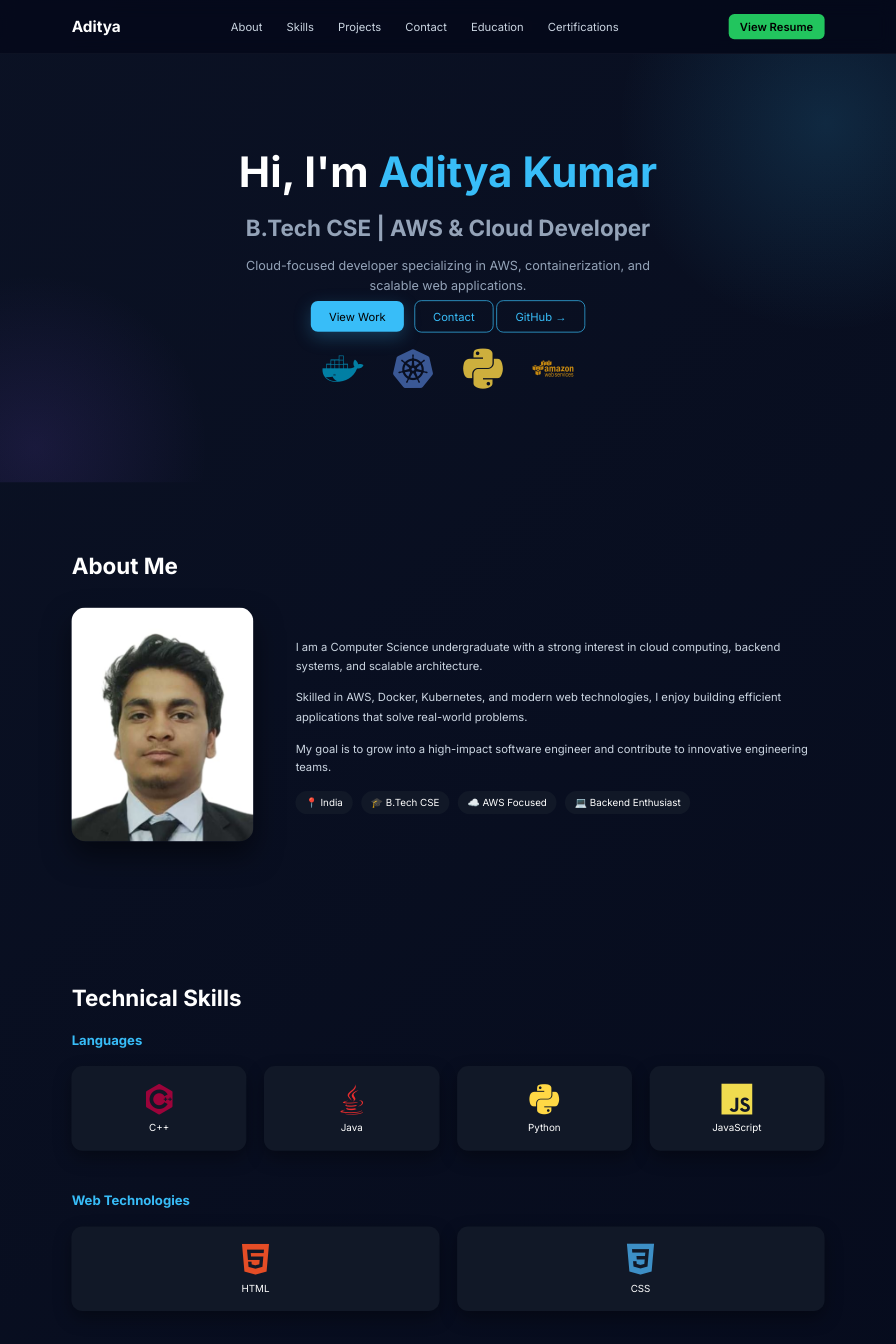
Repository: Aditya2419/My-Portfolio
Page: index.html
The author's editor kept a copy of each file at every save. The page is drawn from the files as they stood at one save, then again after the next save.
The browser window is 1280 px wide. The pictures show the part of the page from y = 0 to 1920 px (the page is 5718 px tall), at 70% of full size.

Above is the page before, as saved 2026-02-19 00:05:13.
Console error: TypeError: Cannot set properties of null (setting 'textContent')

### index.html
<!DOCTYPE html>
<html lang="en">
<head>
<meta charset="UTF-8">
<meta name="viewport" content="width=device-width, initial-scale=1.0">
<link rel="stylesheet" href="https://cdn.jsdelivr.net/gh/devicons/devicon@latest/devicon.min.css">



<title>Aditya Kumar | Cloud & Software Developer</title>

<link rel="stylesheet" href="style.css">
<script src="script.js"></script>

<!-- Google Font -->
<link href="https://fonts.googleapis.com/css2?family=Inter:wght@300;400;600;700&display=swap" rel="stylesheet">

</head>
<body>

<header>
    <div class="logo">Aditya</div>

    <nav>
        <a href="#about">About</a>
        <a href="#skills">Skills</a>
        <a href="#projects">Projects</a>
        <a href="#contact">Contact</a>
        <a href="#education">Education</a>
        <a href="#certifications">Certifications</a>
    </nav>

    <a class="resume-btn" href="resume.pdf" target="_blank">View Resume</a>
</header>


<!-- HERO -->
<section class="hero">

    <h1>Hi, I'm <span>Aditya Kumar</span></h1>

    <h2>B.Tech CSE | AWS & Cloud Developer</h2>

    <p class="hero-tagline">
        Cloud-focused developer specializing in AWS, containerization,
        and scalable web applications.
    </p>

    <div class="hero-buttons">
        <a href="#projects" class="primary">View Work</a>
        <a href="#contact" class="secondary">Contact</a>
        <a href="https://github.com/yourgithub" class="secondary">GitHub →</a>
    </div>

    <!-- Tech Icons Separate -->
    <div class="hero-tech-icons">
        <i class="devicon-docker-plain colored"></i>
        <i class="devicon-kubernetes-plain colored"></i>
        <i class="devicon-python-plain colored"></i>
        <i class="devicon-amazonwebservices-plain-wordmark colored"></i>
    </div>

</section>


<!-- ABOUT -->
<section id="about" class="about">

    <h2>About Me</h2>

    <div class="about-container">

        <div class="about-image">
            <img src="images/profile.png" alt="Aditya Kumar">
        </div>

        <div class="about-text">

            <p>
            I am a Computer Science undergraduate with a strong interest in
            cloud computing, backend systems, and scalable architecture.
            </p>

            <p>
            Skilled in AWS, Docker, Kubernetes, and modern web technologies,
            I enjoy building efficient applications that solve real-world problems.
            </p>

            <p>
            My goal is to grow into a high-impact software engineer and contribute
            to innovative engineering teams.
            </p>

            <div class="about-highlights">
                <span>📍 India</span>
                <span>🎓 B.Tech CSE</span>
                <span>☁️ AWS Focused</span>
                <span>💻 Backend Enthusiast</span>
            </div>

        </div>

    </div>

    </section>

<!-- TECHINCAL SKILLS -->
<section id="skills">

    <h2>Technical Skills</h2>

    <div class="skills-category">

        <h3>Languages</h3>
        <div class="skills-grid">
            <div class="skill-card">
                <i class="devicon-cplusplus-plain colored"></i>
                <p>C++</p>
            </div>

            <div class="skill-card">
                <i class="devicon-java-plain colored"></i>
                <p>Java</p>
            </div>

            <div class="skill-card">
                <i class="devicon-python-plain colored"></i>
                <p>Python</p>
            </div>

            <div class="skill-card">
                <i class="devicon-javascript-plain colored"></i>
                <p>JavaScript</p>
            </div>
        </div>

    </div>


    <div class="skills-category">

        <h3>Web Technologies</h3>
        <div class="skills-grid">
            <div class="skill-card">
                <i class="devicon-html5-plain colored"></i>
                <p>HTML</p>
            </div>

            <div class="skill-card">
                <i class="devicon-css3-plain colored"></i>
                <p>CSS</p>
            </div>
        </div>

    </div>


    <div class="skills-category">

        <h3>Frameworks</h3>
        <div class="skills-grid">
            <div class="skill-card">
                <i class="devicon-flask-original colored"></i>
                <p>Flask</p>
            </div>
        </div>

    </div>


    <div class="skills-category">

        <h3>Tools & Platforms</h3>
        <div class="skills-grid">
            <div class="skill-card">
                <i class="devicon-git-plain colored"></i>
                <p>Git</p>
            </div>

            <div class="skill-card">
                <i class="devicon-docker-plain colored"></i>
                <p>Docker</p>
            </div>

            <div class="skill-card">
                <i class="devicon-amazonwebservices-original colored"></i>
                <p>AWS</p>
            </div>

            <div class="skill-card">
                <i class="devicon-mysql-plain colored"></i>
                <p>MySQL</p>
            </div>

            <div class="skill-card">
                <i class="devicon-mongodb-plain colored"></i>
                <p>MongoDB</p>
            </div>
        </div>

    </div>

    </section>

<!-- PROJECTS -->
<section id="projects">

<h2>Featured Projects</h2>

<div class="projects">


<div class="card">
    <img src="images/scheduler.png" class="project-img">
<h3>CPU Scheduler Simulator</h3>

<p>
Interactive visualization tool comparing FCFS, SJF, SRTF,
and Round Robin with dynamic Gantt charts.
</p>

<a href="https://cpu-scheduling-simulator-4wlb1ttw0.vercel.app" target="_blank">
Live Demo →
</a>

</div>



<div class="card">
    <img src="images/weather.png" class="project-img">
<h3>Weather Forecasting App</h3>

<p>
Real-time weather application using APIs to display
temperature, humidity, wind speed, and conditions.
</p>

<a href="https://aditya2419.github.io/weather-frontend/" target="_blank">
Live Demo →
</a>

</div>



<div class="card">
    <img src="images/bot.png" class="project-img">
<h3>Esports Discord Bot</h3>

<p>
Automated tournament notifications, dashboards,
and match updates using Discord API and MongoDB.
</p>

</div>

</div>

</section>
<!-- EDUCATION -->
<section id="education">

    <p class="section-subtitle">MY JOURNEY</p>
    <h2>Education & <span>Certificates</span></h2>

    <div class="timeline">

        <div class="timeline-item">
            <div class="timeline-dot"></div>

            <div class="timeline-content">
                <div class="timeline-header">
                    <h3>Lovely Professional University</h3>
                    <span class="badge">Current</span>
                </div>

                <p>Bachelor of Technology – Computer Science and Engineering</p>
                <small>CGPA: 5.84 | Aug 2023 – Present</small>
            </div>
        </div>


        <div class="timeline-item">
            <div class="timeline-dot"></div>

            <div class="timeline-content">
                <h3>Kendriya Vidyalaya Sitamarhi</h3>
                <p>Intermediate (12th)</p>
                <small>78.6% | Apr 2022 – Mar 2023</small>
            </div>
        </div>


        <div class="timeline-item">
            <div class="timeline-dot"></div>

            <div class="timeline-content">
                <h3>DAV Public School Runnisaidpur</h3>
                <p>Matriculation (10th)</p>
                <small>79.3% | Apr 2021 – Mar 2022</small>
            </div>
        </div>

    </div>

    </section>


<!-- CERTIFICATIONS -->
<<section id="certifications">

    <p class="section-subtitle">PROFESSIONAL GROWTH</p>
    <h2>Licenses & <span>Certifications</span></h2>

    <div class="cert-grid">

        <div class="cert-item">
            <img src="images/cert4.png" onclick="openModal(this.src)">
            <div class="cert-overlay">Build Generative AI Apps and Solutions</div>
        </div>

        <div class="cert-item">
            <img src="images/cert2.png" onclick="openModal(this.src)">
            <div class="cert-overlay">Java Bootcamp</div>
        </div>

        <div class="cert-item">
            <img src="images/cert3.png" onclick="openModal(this.src)">
            <div class="cert-overlay">Privacy & Security (NPTEL)</div>
        </div>

        <div class="cert-item">
            <img src="images/cert1.png" onclick="openModal(this.src)">
            <div class="cert-overlay">Introduction to Python</div>
        </div>

    </div>

</section>


    <!--- CONTACT -->
    <section id="contact">

        <h2>Let's Connect</h2>

        <form action="https://formsubmit.co/aditya312004pandey@gmail.com" method="POST">

        <input type="text" name="name" placeholder="Your Name" required>

        <input type="email" name="email" placeholder="Your Email" required>

        <textarea name="message" placeholder="Your Message" required></textarea>

        <button type="submit">Send Message</button>

        </form>

        </section>


<footer>
© 2026 Aditya Kumar — Built for impact.
</footer>


<script src="script.js"></script>

</body>
</html>

### style.css
/* GLOBAL RESET */

*{
    margin:0;
    padding:0;
    box-sizing:border-box;
    font-family:'Inter',sans-serif;
    }

    html{
    scroll-behavior:smooth;
    }

    /* ANIMATED BACKGROUND */

    body{
    background: linear-gradient(-45deg, #0b0f19, #020617, #0f172a, #020617);
    background-size: 400% 400%;
    animation: gradientMove 12s ease infinite;
    color:white;
    }

    @keyframes gradientMove{
    0%{background-position:0% 50%;}
    50%{background-position:100% 50%;}
    100%{background-position:0% 50%;}
    }


    /* 🔥 GLASS NAVBAR */

    header{
    display:flex;
    justify-content:space-between;
    align-items:center;
    padding:20px 8%;
    position:sticky;
    top:0;
    background:rgba(2,6,23,.6);
    backdrop-filter: blur(12px);
    border-bottom:1px solid rgba(255,255,255,.05);
    z-index:999;
    }

    .logo{
    font-weight:700;
    font-size:22px;
    }

    nav a{
    margin:0 15px;
    text-decoration:none;
    color:#cbd5e1;
    transition:.3s;
    }

    nav a:hover{
    color:#38bdf8;
    }

    .resume-btn{
    background:#22c55e;
    padding:8px 16px;
    border-radius:8px;
    text-decoration:none;
    color:black;
    font-weight:600;
    transition:.3s;
    }

    .resume-btn:hover{
    transform:scale(1.05);
    }


    /* HERO */

    .hero{
        min-height:85vh;
        display:flex;
        flex-direction:column;
        justify-content:center;
        align-items:center;
        text-align:center;
        padding:0 20px;
        position:relative;
        overflow:hidden;
    }
    .hero::before{
        content:"";
        position:absolute;
        width:600px;
        height:600px;
        background:radial-gradient(circle, rgba(56,189,248,0.15), transparent 70%);
        top:-200px;
        right:-200px;
        z-index:0;
    }

        .hero::after{
        content:"";
        position:absolute;
        width:500px;
        height:500px;
        background:radial-gradient(circle, rgba(139,92,246,0.12), transparent 70%);
        bottom:-200px;
        left:-200px;
        z-index:0;
    }

        .hero *{
        position:relative;
        z-index:1;
    }



    .hero span{
    color:#38bdf8;
    }

    .hero h1{
        font-size:60px;
        font-weight:700;
        margin-bottom:15px;
        animation:fadeUp 0.8s ease-out forwards;
        opacity:0;
        transform:translateY(40px);
    }

    @keyframes fadeUp{
        100%{
            opacity:1;
            transform:translateY(0);
        }
    }


    .hero h2{
    margin:10px 0;
    color:#94a3b8;
    }

    .hero-tagline{
        margin-top:10px;
        color:#94a3b8;
        font-size:18px;
        max-width:650px;
        line-height:1.6;
    }

    .hero-buttons{
    margin-top:20px;
    }

    .primary{
        background:#38bdf8;
        padding:12px 26px;
        border-radius:10px;
        text-decoration:none;
        color:black;
        margin-right:10px;
        transition:.3s ease;
        box-shadow:0 8px 25px rgba(56,189,248,.25);
    }

    .primary:hover{
    transform:translateY(-3px);
    }

    .secondary{
        border:1px solid #38bdf8;
        padding:12px 26px;
        border-radius:10px;
        text-decoration:none;
        color:#38bdf8;
        transition:.3s ease;
    }

    .secondary:hover{
    background:#38bdf8;
    color:black;
    }
    .hero-tech-icons{
        margin-top:35px;
        display:flex;
        justify-content:center;
        gap:40px;
    }

    .hero-tech-icons i{
        font-size:60px;
        transition:.4s ease;
        opacity:.8;
    }

    .hero-tech-icons i:hover{
        transform:translateY(-10px) scale(1.15);
        opacity:1;
    }




    /* SECTIONS */

    section{
    padding:100px 8%;
    }

    h2{
    font-size:32px;
    margin-bottom:30px;
    }


    /* ABOUT */

    .about-container{
    display:flex;
    align-items:center;
    gap:60px;
    flex-wrap:wrap;
    margin-top:40px;
    }

    .about-image img{
    width:260px;
    border-radius:20px;
    box-shadow:0 20px 40px rgba(0,0,0,.5);
    transition:.4s;
    }

    .about-image img:hover{
    transform:scale(1.05);
    }

    .about-text{
    flex:1;
    min-width:280px;
    }

    .about-text p{
    margin-bottom:18px;
    color:#cbd5e1;
    line-height:1.7;
    }

    .about-highlights{
    margin-top:20px;
    display:flex;
    gap:12px;
    flex-wrap:wrap;
    }

    .about-highlights span{
    background:#111827;
    padding:8px 14px;
    border-radius:20px;
    font-size:14px;
    }


 /* SKILLS SECTION */

.skills-category{
    margin-bottom:60px;
    }

    .skills-category h3{
    margin-bottom:25px;
    color:#38bdf8;
    }

    .skills-grid{
    display:grid;
    grid-template-columns:repeat(auto-fit,minmax(120px,1fr));
    gap:25px;
    }

    .skill-card{
    background:#111827;
    padding:25px 10px;
    border-radius:16px;
    text-align:center;
    transition:.3s ease;
    box-shadow:0 10px 25px rgba(0,0,0,.35);
    }

    .skill-card i{
    font-size:45px;
    margin-bottom:10px;
    }

    .skill-card p{
    font-size:14px;
    margin-top:8px;
    }

    .skill-card:hover{
    transform:translateY(-6px);
    box-shadow:0 15px 40px rgba(0,0,0,.5);
    }

    /* PROJECTS */

    .projects{
    display:grid;
    grid-template-columns:repeat(auto-fit,minmax(280px,1fr));
    gap:25px;
    }

    .card{
    background:#111827;
    padding:25px;
    border-radius:16px;
    transition:.3s;
    }

    .card:hover{
    transform:translateY(-8px);
    box-shadow:0 10px 30px rgba(0,0,0,.4);
    }

    .project-img{
    width:100%;
    border-radius:12px;
    margin-bottom:15px;
    }

    .card a{
    display:inline-block;
    margin-top:10px;
    color:#38bdf8;
    text-decoration:none;
    }

    .card h3 a{
    color:white;
    }

    .card h3 a:hover{
    color:#38bdf8;
    }
    .card{
        position:relative;
        overflow:hidden;
        }

        .card::before{
        content:"";
        position:absolute;
        width:200%;
        height:200%;
        background:linear-gradient(45deg,transparent,#38bdf8,transparent);
        top:-50%;
        left:-50%;
        opacity:.08;
        transform:rotate(25deg);
    }
    /* SECTION TITLE */

    .section-subtitle{
    letter-spacing:6px;
    color:#38bdf8;
    font-size:14px;
    margin-bottom:10px;
    }
    h2 span{
    background:linear-gradient(90deg,#38bdf8,#8b5cf6);
    -webkit-background-clip:text;
    color:transparent;
    }

    /* TIMELINE */

    .timeline{
    position:relative;
    margin-top:60px;
    padding-left:40px;
    }

    .timeline::before{
    content:"";
    position:absolute;
    left:15px;
    top:0;
    width:2px;
    height:100%;
    background:rgba(255,255,255,.1);
    }

    /* ITEM */

    .timeline-item{
    position:relative;
    margin-bottom:60px;
    }

    .timeline-dot{
    position:absolute;
    left:-27px;
    top:10px;
    width:14px;
    height:14px;
    background:#38bdf8;
    border-radius:50%;
    box-shadow:0 0 15px #38bdf8;
    }

    /* CARD */

    .timeline-content{
    background:rgba(17,24,39,.8);
    padding:30px;
    border-radius:16px;
    backdrop-filter: blur(10px);
    border:1px solid rgba(255,255,255,.05);
    transition:.3s;
    }

    .timeline-content:hover{
    transform:translateY(-5px);
    }

    /* HEADER */

    .timeline-header{
    display:flex;
    justify-content:space-between;
    align-items:center;
    }

    .badge{
    background:linear-gradient(90deg,#38bdf8,#8b5cf6);
    padding:6px 14px;
    border-radius:20px;
    font-size:12px;
    color:white;
    }

    /* TEXT */

    .timeline-content h3{
    margin-bottom:8px;
    }

    .timeline-content p{
    margin-bottom:6px;
    color:#cbd5e1;
    }

    .timeline-content small{
    color:#94a3b8;
    }

    /* CERTIFICATE GRID */
    .cert-grid{
    display: grid;
    grid-template-columns: repeat(2, 1fr);   /* 2 per row */
    gap: 30px;
    margin-top: 50px;
    }

    /* Each certificate card */

    .cert-item{
    width: 100%;          /* important */
    background: #111827;
    padding: 15px;
    border-radius: 18px;
    transition: .3s ease;
    box-shadow: 0 10px 25px rgba(0,0,0,.35);
    }

    /* Image styling */

    .cert-item img{
    width: 100%;
    height: 220px;
    object-fit: contain;     /* show full certificate */
    background: #0f172a;
    border-radius: 12px;
    display: block;
    }

    /* Hover */

    .cert-item:hover{
    transform: translateY(-6px);
    box-shadow: 0 15px 35px rgba(0,0,0,.5);
    }

    /* Mobile responsiven*/
    @media (max-width: 768px){
        .cert-grid{
            grid-template-columns: 1fr;  /* 1 per row on mobile */
        }
    }
    /* Overlay */

    .cert-overlay{
    position:absolute;
    bottom:0;
    left:0;
    width:100%;
    background:linear-gradient(to top, rgba(0,0,0,0.8), transparent);
    color:white;
    padding:20px;
    font-weight:600;
    opacity:0;
    transition:.4s;
    }

    .cert-item:hover .cert-overlay{
    opacity:1;
    }

    /* CONTACT FORM */

    form{
    max-width:600px;
    margin:auto;
    display:flex;
    flex-direction:column;
    gap:15px;
    }

    input, textarea{
    padding:14px;
    border-radius:8px;
    border:none;
    background:#111827;
    color:white;
    }

    button{
    padding:14px;
    border:none;
    background:#38bdf8;
    color:black;
    font-weight:600;
    border-radius:8px;
    cursor:pointer;
    transition:.3s;
    }

    button:hover{
    transform:translateY(-2px);
    }


    /* FOOTER */

    footer{
    text-align:center;
    padding:40px;
    color:#94a3b8;
    }

### script.js
const roles = [
    "Cloud Developer",
    "AWS Enthusiast",
    "Software Engineer",
    "DevOps Learner"
    ];

    let index = 0;
    let charIndex = 0;
    let current = "";
    let isDeleting = false;

    function type(){

    const element = document.getElementById("typing");

    if(index >= roles.length) index = 0;

    current = roles[index];

    if(!isDeleting){
    element.textContent = current.substring(0,charIndex++);
    if(charIndex > current.length){
    isDeleting = true;
    setTimeout(type,1000);
    return;
    }
    }
    else{
    element.textContent = current.substring(0,charIndex--);
    if(charIndex === 0){
    isDeleting = false;
    index++;
    }
    }

    setTimeout(type,60);
    }

    type();
    function openModal(src){
        document.getElementById("certModal").style.display = "flex";
        document.getElementById("modalImage").src = src;
    }

    function closeModal(){
        document.getElementById("certModal").style.display = "none";
    }

After the next save:
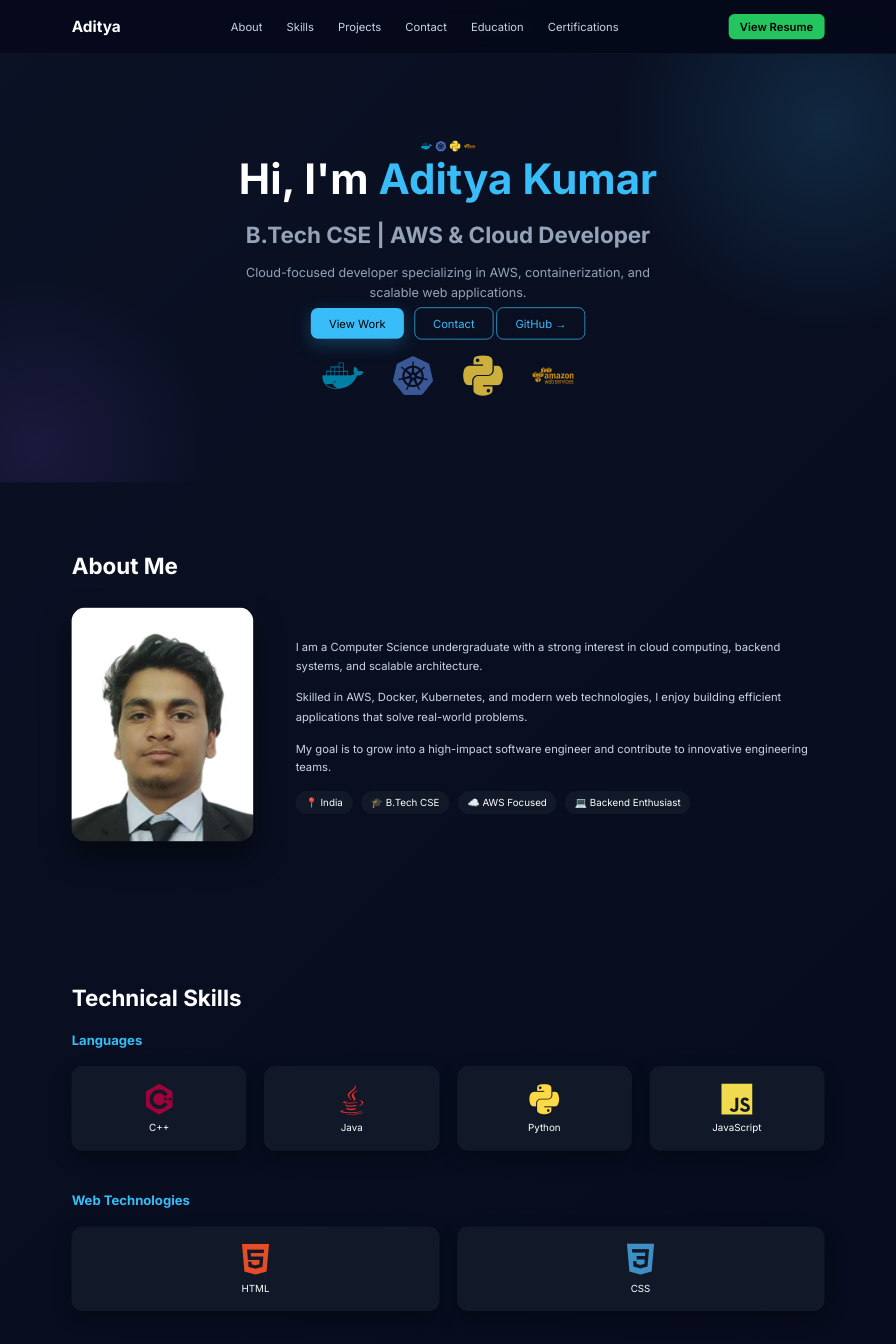
Saved 55 s later.
--- a/index.html
+++ b/index.html
@@ -36,6 +36,13 @@
 
 <!-- HERO -->
 <section class="hero">
+    <div class="floating-icons">
+        <i class="devicon-docker-plain colored"></i>
+        <i class="devicon-kubernetes-plain colored"></i>
+        <i class="devicon-python-plain colored"></i>
+        <i class="devicon-amazonwebservices-plain-wordmark colored"></i>
+    </div>
+
 
     <h1>Hi, I'm <span>Aditya Kumar</span></h1>
 
